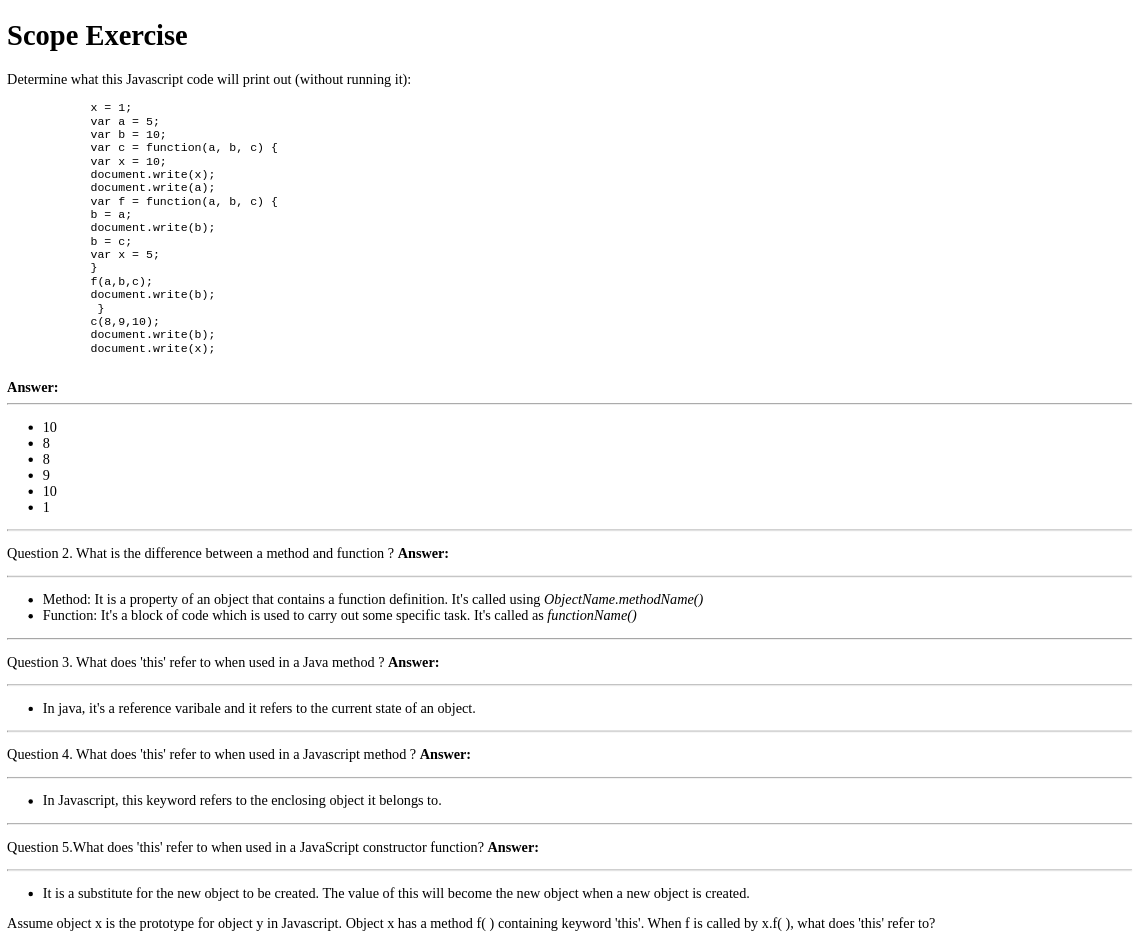
Repository: bethelbahiru/WAP
Page: Homework3/scope.html
These files come from the project's save history. The page is drawn as it stood at one moment and after the next save; the edit follows.
The browser window is 1280 px wide. The pictures show the whole page, at 89% of full size.

Above is the page before, as saved 2022-01-18 16:35:30.

### Homework3/scope.html
<!DOCTYPE html>
<html lang="en">
<head>
    <meta charset="UTF-8">
    <meta http-equiv="X-UA-Compatible" content="IE=edge">
    <meta name="viewport" content="width=device-width, initial-scale=1.0">
    <title>Scope Exercise</title>
</head>
<body>
    <h1><strong>Scope Exercise</strong></h1>
    <p> Determine what this Javascript code will print out (without running it):
        <pre>
            x = 1;
            var a = 5;
            var b = 10;
            var c = function(a, b, c) {
            var x = 10;
            document.write(x);
            document.write(a);
            var f = function(a, b, c) {
            b = a;
            document.write(b);
            b = c;
            var x = 5;
            }
            f(a,b,c);
            document.write(b);
             }
            c(8,9,10);
            document.write(b);
            document.write(x);
        </pre>

        <strong>Answer:</strong>
        <hr>
        <ul>
            <li>10</li>
            <li>8</li>
            <li>8</li>
            <li>9</li>
            <li>10</li>
            <li>1</li>
        </ul>
    </p>
    <hr>
    <p>Question 2.  What is the difference between a method and function ?

        <strong>Answer:</strong>
        <hr>
        <ul>
            <li>Method: It is a property of an object that contains a function definition. It's called using <em>ObjectName.methodName()</em></li>
            <li>Function: It's a block of code which is used to carry out some specific task. It's called as <em>functionName()</em></li>
        </ul>
    </p>
    <hr>
    <p>Question 3. What does 'this' refer to when used in a Java method ?
        <strong>Answer:</strong>
        <hr>
        <ul>
            <li>In java, it's a reference varibale and it refers to the current state of an object.</li>
        </ul>
    </p>
    <hr>
    <p>Question 4. What does 'this' refer to when used in a Javascript method ?
        <strong>Answer:</strong>
        <hr>
        <ul>
            <li>In Javascript, this keyword refers to the enclosing object it belongs to.</li>
        </ul>
    </p>
    <hr>
    <p>Question 5.What does 'this' refer to when used in a JavaScript constructor function?
        <strong>Answer:</strong>
        <hr>
        <ul>
            <li>It is a substitute for the new object to be created. The value of this will become the new object when a new object is created.</li>
        </ul>
    </p>



    Assume object x is the prototype for object y in Javascript. Object x has a method f( ) containing keyword 'this'.
    When f is called by x.f( ), what does 'this' refer to?



</body>
</html>

After the next save:
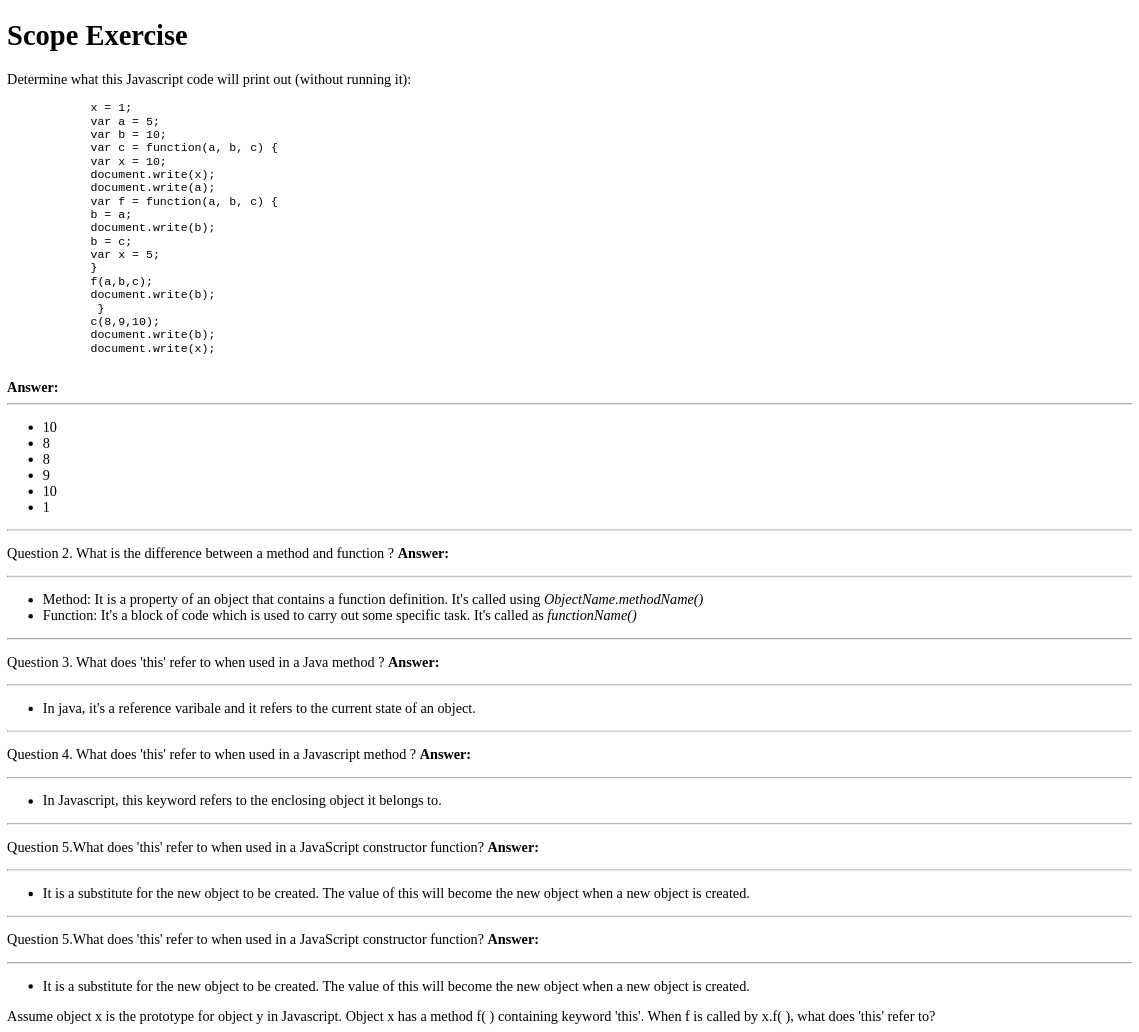
Saved 9 s later.
--- a/Homework3/scope.html
+++ b/Homework3/scope.html
@@ -76,6 +76,14 @@
             <li>It is a substitute for the new object to be created. The value of this will become the new object when a new object is created.</li>
         </ul>
     </p>
+    <hr>
+    <p>Question 5.What does 'this' refer to when used in a JavaScript constructor function?
+        <strong>Answer:</strong>
+        <hr>
+        <ul>
+            <li>It is a substitute for the new object to be created. The value of this will become the new object when a new object is created.</li>
+        </ul>
+    </p>
 
 
 
